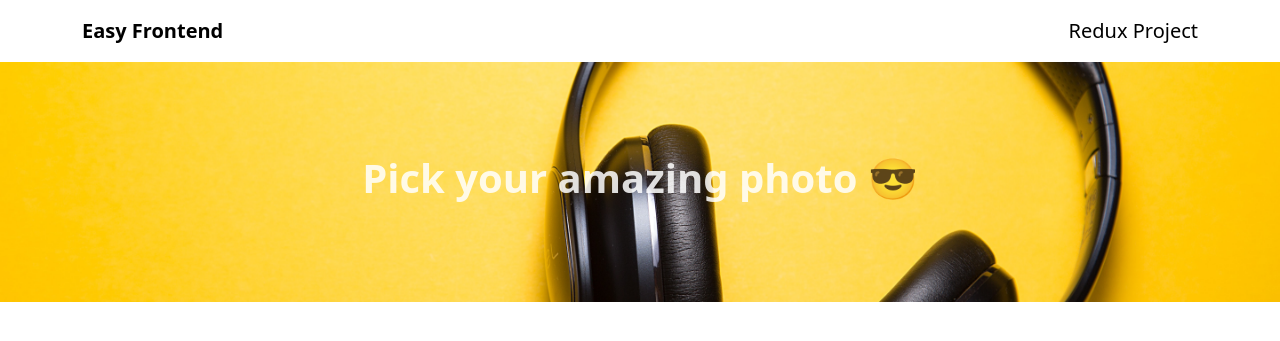
Repository: duckhai80/Redux-photo-app
Page: /photos/add
An editor plug-in stored every save of this project. The page is shown before and after the next save, followed by the edit.
The browser window is 1280 px wide. The pictures show the whole page.
The project was rebuilt for these pictures with package versions that can differ from the ones it lists, and the page was loaded fresh each time. Also part of the build but not shown: src/App.css, src/components/NotFound/index.jsx.

Above is the page before, as saved 2021-10-29 10:43:40.

After the next save:
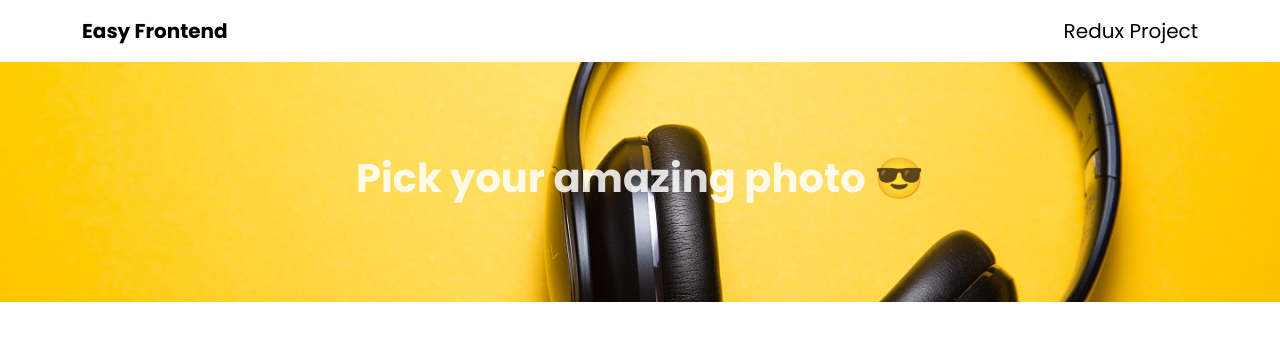
Saved 24 min 14 s later.
--- a/src/index.js
+++ b/src/index.js
@@ -1,9 +1,9 @@
+import "bootstrap/dist/css/bootstrap.css";
 import React from "react";
 import ReactDOM from "react-dom";
+import App from "./App";
 import "./index.css";
-import App from "./App";
 import reportWebVitals from "./reportWebVitals";
-import "bootstrap/dist/css/bootstrap.css";
 
 ReactDOM.render(
   <React.StrictMode>
